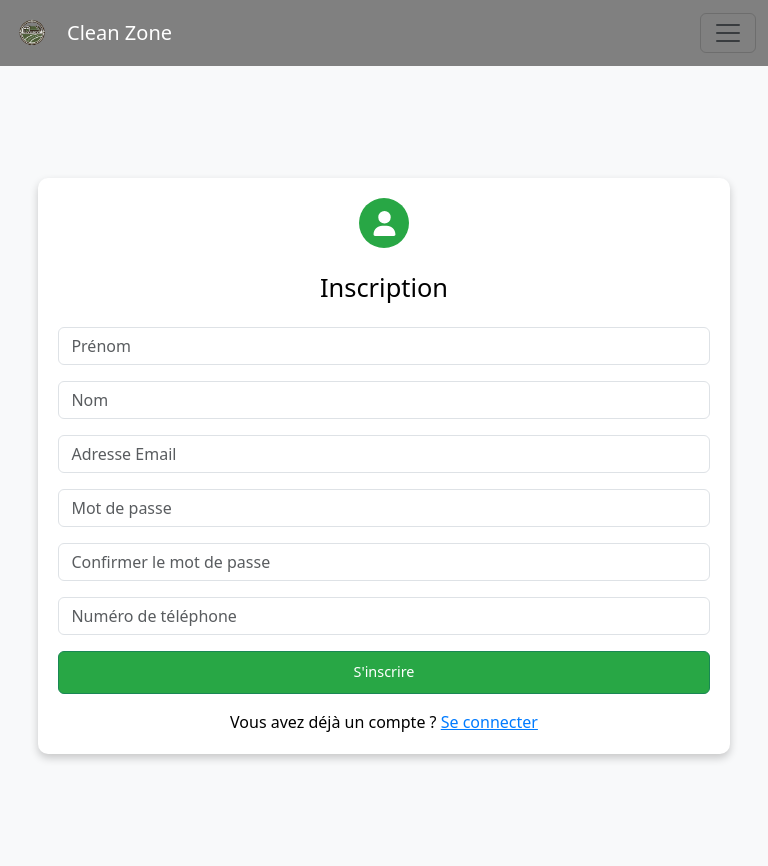
Repository: SystemInfoGeo/QGISproject
Page: /signup (app in NEXT/)
The author's editor kept a copy of each file at every save. The page is drawn from the files as they stood at one save, then again after the next save.
The browser window is 768 px wide. The pictures show the whole page.
The project was rebuilt for these pictures with package versions that can differ from the ones it lists, and the page was loaded fresh each time. The framework's server and built-in components were replaced by stand-ins that run in the browser. Also part of the build but not shown: NEXT/next.config.mjs.

Above is the page before, as saved 2024-09-16 18:14:19.

After the next save:
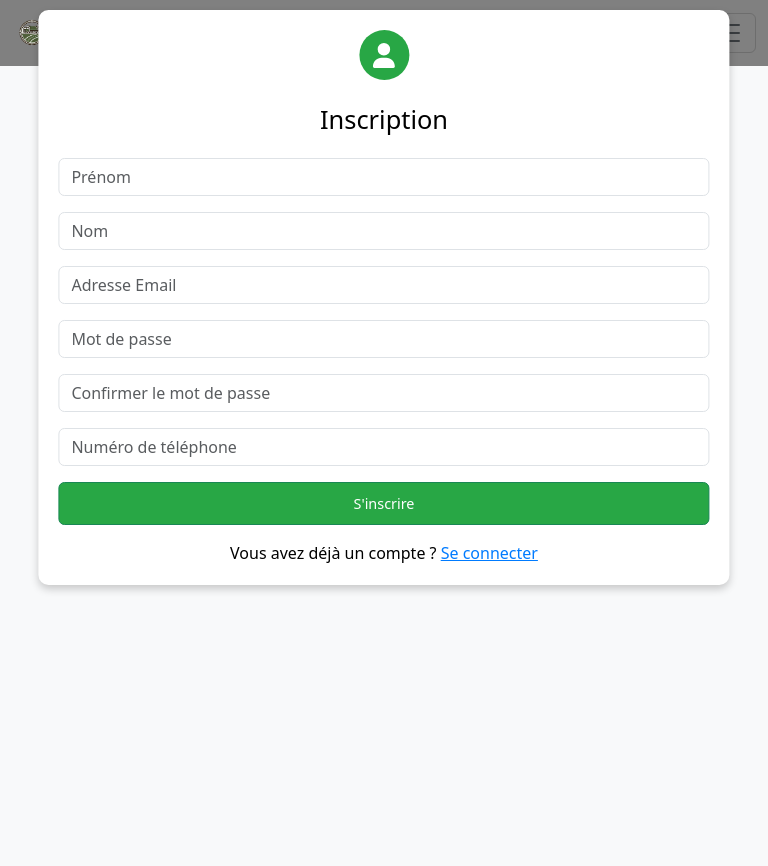
Saved 14 s later.
--- a/NEXT/styles/Signup.css
+++ b/NEXT/styles/Signup.css
@@ -6,6 +6,10 @@
   box-shadow: 0 4px 8px rgba(0, 0, 0, 0.2);
   max-width: 400px;
   width: 100%;
+  position: absolute;
+  top: 20px; /* Ajustez cette valeur pour déplacer le formulaire vers le haut */
+  left: 50%;
+  transform: translateX(-50%);
 }
 
 /* Icône de l'inscription */
@@ -71,6 +75,7 @@
   .signup-container {
     max-width: 90%;
     padding: 20px;
+    top: 10px; /* Réduit la marge en haut sur les petits écrans si nécessaire */
   }
 
   .btn-success {
